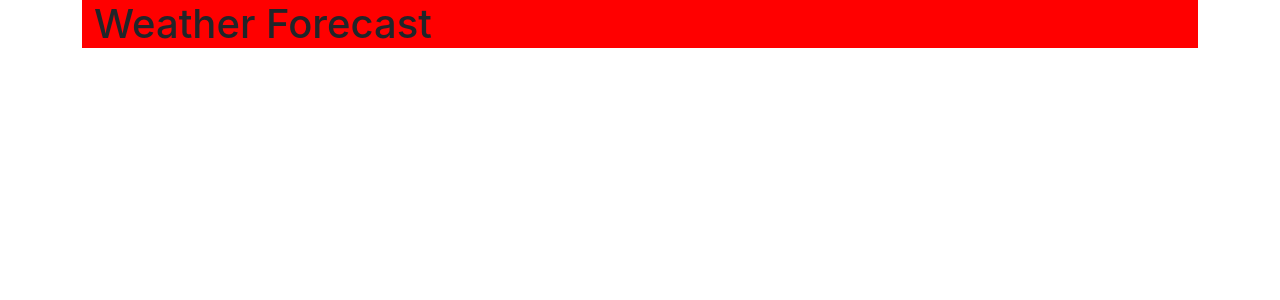
Repository: eidankhan/expenses-calculator
Page: /
The author's editor kept a copy of each file at every save. The page is drawn from the files as they stood at one save, then again after the next save.
The browser window is 1280 px wide. The pictures show the whole page.
The project was rebuilt for these pictures with package versions that can differ from the ones it lists, and the page was loaded fresh each time. Also part of the build but not shown: src/App.css.

Above is the page before, as saved 2021-11-26 11:23:50.

After the next save:
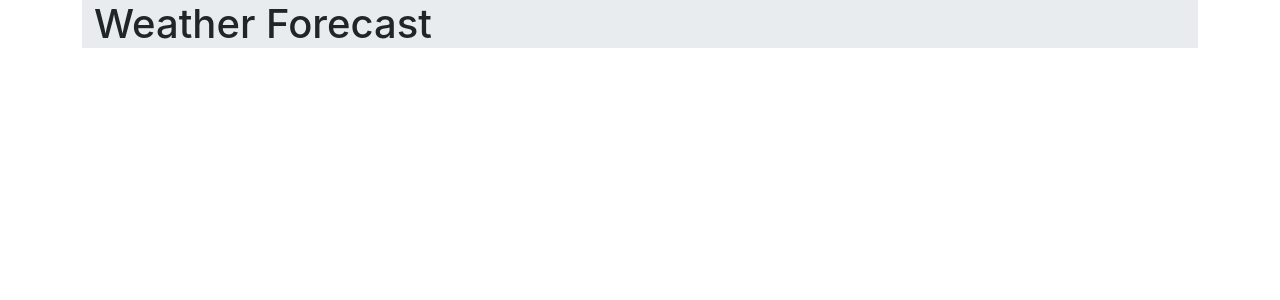
Saved 28 s later.
--- a/src/components/Forecast.js
+++ b/src/components/Forecast.js
@@ -2,7 +2,7 @@
 
 export const Forecast = () => {
     return (
-        <div className="container" style={{backgroundColor:"red"}}>
+        <div className="container" style={{backgroundColor:"#E9ECEF"}}>
             <h1> Weather Forecast </h1>
         </div>
     )
